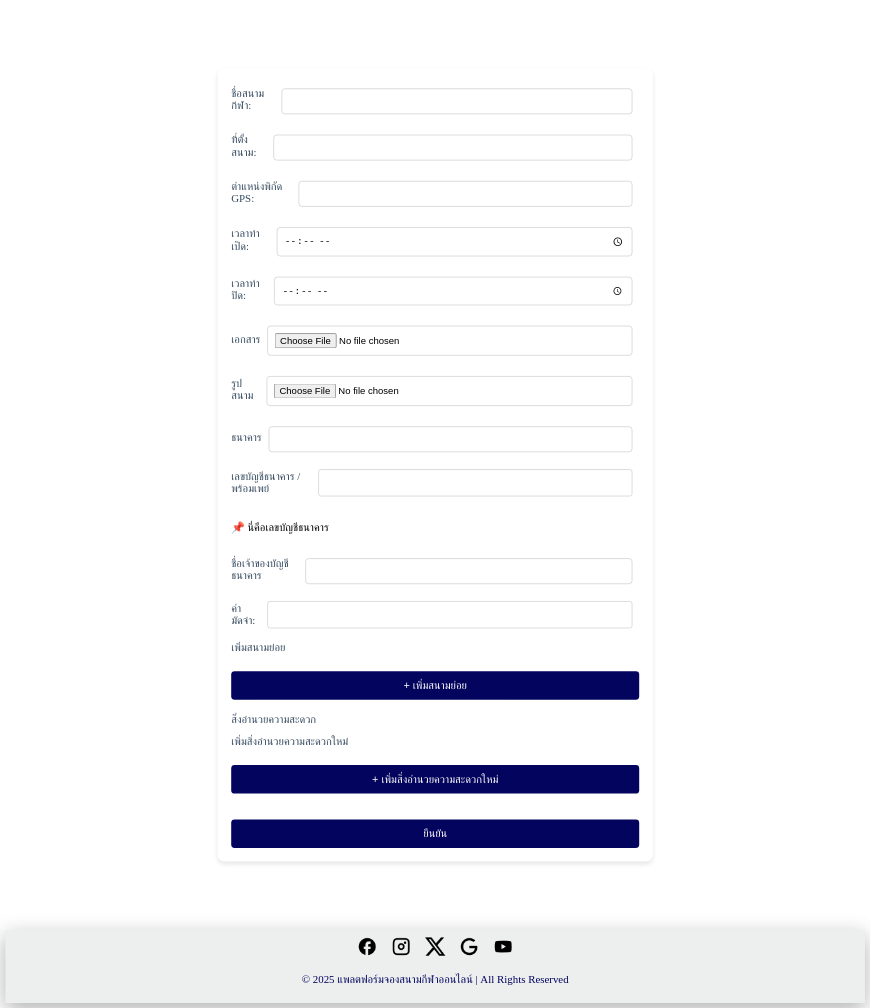
Repository: narawit101/project2
Page: /register-field (app in frontend/)
An editor plug-in stored every save of this project. The page is shown before and after the next save, followed by the edit.
The browser window is 1280 px wide. The pictures show the whole page, at 68% of full size.
The page's requests for data from a server got no answer. The project was rebuilt for these pictures with package versions that can differ from the ones it lists, and the page was loaded fresh each time. The framework's server and built-in components were replaced by stand-ins that run in the browser. No one was signed in, and anything a server would have sent is missing. Also part of the build but not shown: frontend/next.config.js, frontend/next.config.mjs, frontend/src/app/globals.css.

Above is the page before, as saved 2025-03-19 00:02:02.

### frontend/src/app/layout.jsx
import { Kanit } from "next/font/google";
import "./globals.css";
import  Footer from "./components/Footer"

const kanitFont = Kanit({
  variable: "--font-kanit",
  subsets: ["latin", "thai"],
  weight: ["300", "400", "600"],
});

export const metadata = {
  title: "แพลตฟอร์มจองสนามกีฬาออนไลน์",
  description: "Generated by create next app",
  icons: {
    icon:"./favicon.ico"
  }
};

export default function RootLayout({ children }) {
  return (
    <html lang="en">
      <body className={`${kanitFont.variable} antialiased`}>{children}
      <Footer></Footer>
      </body>

    </html>
  );
}

### frontend/src/app/(shared)/register-field/page.jsx
import React from "react";
import RegisterFieldForm from "@/app/components/RegisterFieldForm";

export default function RegisterFieldPage() {
  return (
    <>
    <RegisterFieldForm></RegisterFieldForm>

    </>
  );
}

### frontend/src/app/components/Footer.jsx
import React from "react";
import "../css/footer.css";

export default function Footer() {
  return (
    <div>
      <footer className="footer">
        <div className="social-icons">
          <a href="#">
            <img src="img/fblogo.png" alt="Facebook" />
          </a>
          <a href="#">
            <img src="img/iglogo.png" alt="Instagram" />
          </a>
          <a href="#">
            <img src="img/xlogo.png" alt="Twitter" />
          </a>
          <a href="#">
            <img src="img/gglogo.png" alt="Google" />
          </a>
          <a href="#">
            <img src="img/ytlogo.png" alt="YouTube" />
          </a>
        </div>

        <p className="copyright">
          &copy; 2025 แพลตฟอร์มจองสนามกีฬาออนไลน์ | All Rights Reserved
        </p>
      </footer>
    </div>
  );
}

### frontend/src/app/components/RegisterFieldForm.jsx
"use client";
import React, { useState, useEffect } from "react";
import "../css/registerFieldForm.css";

export default function RegisterFieldForm() {
  const API_URL = "http://localhost:5000";

  const [sports, setSports] = useState([]);
  const [facilities, setFacilities] = useState([]);
  const [selectedFacilities, setSelectedFacilities] = useState({});
  const [subFields, setSubFields] = useState([]);
  const [addOns, setAddons] = useState([]);
  const [newFacility, setNewFacility] = useState("");
  const [showNewFacilityInput, setShowNewFacilityInput] = useState(false);

  const [fieldData, setFieldData] = useState({
    field_name: "",
    address: "",
    gps_location: "",
    documents: null,
    open_hours: "",
    close_hours: "",
    img_field: null,
    preview_img: null,
    number_bank: "",
    account_holder: "",
    price_deposit: "",
    name_bank: "",
    selectedSport: "",
  });

  // 📌 โหลดประเภทกีฬา
  useEffect(() => {
    fetch(`${API_URL}/sports_types`)
      .then((res) => res.json())
      .then((data) => setSports(data))
      .catch((error) => console.error("Error fetching sports:", error));
  }, []);

  // 📌 โหลดสิ่งอำนวยความสะดวก
  useEffect(() => {
    fetch(`${API_URL}/facilities`)
      .then((res) => res.json())
      .then((data) => setFacilities(data))
      .catch((error) => console.error("Error fetching facilities:", error));
  }, []);

  // 📌 อัปเดตค่าช่องกรอกข้อมูลสนาม
  const handleFieldChange = (e) => {
    setFieldData({ ...fieldData, [e.target.name]: e.target.value });
  };

  // 📌 ฟังก์ชันเลือก Checkbox สิ่งอำนวยความสะดวก
  const handleFacilityChange = (facId) => {
    setSelectedFacilities((prev) => {
      const updatedFacilities = { ...prev };
      if (updatedFacilities[facId] !== undefined) {
        delete updatedFacilities[facId];
      } else {
        updatedFacilities[facId] = "";
      }
      return updatedFacilities;
    });
  };

  // 📌 ฟังก์ชันอัปเดตราคาสิ่งอำนวยความสะดวก
  const handleFacilityPriceChange = (facId, price) => {
    setSelectedFacilities((prev) => ({
      ...prev,
      [facId]: price,
    }));
  };

  // 📌 ฟังก์ชันเพิ่มสิ่งอำนวยความสะดวกใหม่
  const addNewFacility = async () => {
    if (!newFacility.trim()) return;

    const res = await fetch(`${API_URL}/facilities/add`, {
      method: "POST",
      headers: { "Content-Type": "application/json" },
      body: JSON.stringify({ fac_name: newFacility }),
    });

    const data = await res.json();
    if (data.error) {
      console.error("Error:", data.error);
      return;
    }

    setFacilities([...facilities, data]);
    setNewFacility("");
    setShowNewFacilityInput(false);
  };

  // ✅ เพิ่มสนามย่อย (มี addOns ในตัวเอง)
  const addSubField = () => {
    // ✅ ดึง user_id จาก localStorage
    const storedUser = localStorage.getItem("user");
    const userData = storedUser ? JSON.parse(storedUser) : null;
    const userId = userData ? userData.user_id : null; // ดึง user_id

    setSubFields([
      ...subFields,
      { name: "", price: "", sport_id: "", user_id: userId, addOns: [] },
    ]);
  };

  // ✅ ลบสนามย่อย (รวมถึง Add-ons ที่อยู่ภายใน)
  const removeSubField = (index) => {
    setSubFields(subFields.filter((_, i) => i !== index));
  };

  // ✅ อัปเดตข้อมูลสนามย่อย
  const updateSubField = (index, key, value) => {
    const updatedSubFields = [...subFields];
    updatedSubFields[index][key] = value;
    setSubFields(updatedSubFields);
  };

  const addAddOn = (subIndex) => {
    const updatedSubFields = [...subFields];
    updatedSubFields[subIndex].addOns.push({ content: "", price: "" });
    setSubFields(updatedSubFields);
  };

  // 📌 อัปเดตค่า Add-on
  const updateAddOn = (subIndex, addOnIndex, key, value) => {
    const updatedSubFields = [...subFields];
    updatedSubFields[subIndex].addOns[addOnIndex][key] = value;
    setSubFields(updatedSubFields);
  };

  // 📌 ลบ Add-on
  const removeAddOn = (subIndex, addOnIndex) => {
    const updatedSubFields = [...subFields];
    updatedSubFields[subIndex].addOns.splice(addOnIndex, 1);
    setSubFields(updatedSubFields);
  };

  // 📌 ฟังก์ชันจัดการอัปโหลดรูป และแสดงตัวอย่าง
  const handleimgChange = (e) => {
    const file = e.target.files[0]; // ดึงไฟล์รูปจาก input
    if (file) {
      setFieldData({
        ...fieldData,
        img_field: file,
        imgPreview: URL.createObjectURL(file), // สร้าง URL เพื่อแสดงรูป
      });
    }
  };

  const handleSubmit = async (e) => {
    e.preventDefault();

    const storedUser = localStorage.getItem("user");
    if (!storedUser) {
      alert("❌ กรุณาเข้าสู่ระบบก่อน!");
      return;
    }

    const userData = JSON.parse(storedUser);
    const userId = userData.user_id; // ✅ ดึง user_id ตอน Submit

    const formData = new FormData();
    formData.append("documents", fieldData.documents);
    formData.append("img_field", fieldData.img_field); // ✅ เพิ่มการส่งรูปภาพ
    formData.append(
      "data",
      JSON.stringify({
        user_id: userId,
        field_name: fieldData.field_name,
        address: fieldData.address,
        gps_location: fieldData.gps_location,
        open_hours: fieldData.open_hours,
        close_hours: fieldData.close_hours,
        number_bank: fieldData.number_bank,
        account_holder: fieldData.account_holder,
        price_deposit: fieldData.price_deposit,
        name_bank: fieldData.name_bank,
        status: fieldData.status || "รอตรวจสอบ", // ✅ เพิ่มค่า Status
        selectedFacilities,
        subFields: subFields,
      })
    );

    try {
      const res = await fetch("http://localhost:5000/field/register", {
        method: "POST",
        body: formData,
      });

      const data = await res.json();
      if (data.error) {
        console.error("❌ Error:", data.error);
        alert("เกิดข้อผิดพลาด: " + data.error);
        return;
      }

      alert("บันทึกข้อมูลสนามเรียบร้อย! รูปภาพถูกอัปโหลดที่: " + data.img_path);
    } catch (error) {
      console.error("❌ Fetch Error:", error);
      alert("เกิดข้อผิดพลาดในการส่งข้อมูล");
    }
  };

  return (
    <div className="contianer">
      <form onSubmit={handleSubmit} encType="multipart/form-data">
        <div className="input-group">
          {" "}
          <label>ชื่อสนามกีฬา:</label>
          <input
            type="text"
            name="field_name"
            value={fieldData.field_name}
            onChange={handleFieldChange}
          />
        </div>
        <div className="input-group">
          <label>ที่ตั้งสนาม:</label>
          <input
            type="text"
            name="address"
            value={fieldData.address}
            onChange={handleFieldChange}
          />
        </div>
        <div className="input-group">
          <label>ตำแหน่งพิกัด GPS:</label>
          <input
            type="text"
            name="gps_location"
            value={fieldData.gps_location}
            onChange={handleFieldChange}
          />
        </div>
        <div className="input-group">
          <label>เวลาทำเปิด:</label>
          <input
            type="time"
            name="open_hours"
            value={fieldData.open_hours}
            onChange={handleFieldChange}
          />
        </div>
        <div className="input-group">
          <label>เวลาทำปิด:</label>
          <input
            type="time"
            name="close_hours"
            value={fieldData.close_hours}
            onChange={handleFieldChange}
          />
        </div>
        <div className="input-group">
          <label htmlFor="documents">เอกสาร</label>
          <input
            type="file"
            onChange={(e) =>
              setFieldData({ ...fieldData, documents: e.target.files[0] })
            }
          />
        </div>
        <div className="input-group">
          <label htmlFor="img_field">รูปสนาม</label>

          <input type="file" onChange={handleimgChange} accept="image/*" />
        </div>
        {/* ✅ แสดงรูปตัวอย่างถ้ามีการอัปโหลด */}
        {fieldData.imgPreview && (
          <div>
            <p>ตัวอย่างรูป:</p>
            <img
              src={fieldData.imgPreview}
              alt="Preview"
              style={{ width: "200px", height: "auto", marginTop: "10px" }}
            />
          </div>
        )}
        <div className="input-group">
          <label htmlFor="bank">ธนาคาร</label>
          <input
            type="text"
            name="name_bank"
            value={fieldData.name_bank}
            onChange={handleFieldChange}
          />
        </div>
        <div className="input-group">
          <label htmlFor="bank">เลขบัญชีธนาคาร / พร้อมเพย์</label>
          <input
            type="number"
            name="number_bank"
            value={fieldData.number_bank}
            onChange={(e) => {
              const value = e.target.value;

              // ✅ อนุญาตเฉพาะตัวเลข
              if (/^\d*$/.test(value)) {
                setFieldData({ ...fieldData, number_bank: value });
              }
            }}
            onBlur={() => {
              const isPromptPay = fieldData.name_bank === "พร้อมเพย์";
              const length = fieldData.number_bank.length;

              // ✅ ตรวจสอบความถูกต้องของเลขที่กรอก
              if (
                (!isPromptPay && length !== 12) || // ✅ ถ้าเป็นบัญชีธนาคารต้อง 12 หลัก
                (isPromptPay && length !== 10 && length !== 13) // ✅ ถ้าเป็นพร้อมเพย์ต้อง 10 หรือ 13 หลัก
              ) {
                alert("เลขที่กรอกไม่ถูกต้อง กรุณากรอกให้ตรงกับเงื่อนไข");
                setFieldData({ ...fieldData, number_bank: "" }); // ❌ เคลียร์ค่า
              }
            }}
            maxLength={13} // ✅ จำกัดสูงสุดที่ 13 หลัก
          />
        </div>
        <div className="input-group">
          <p>
            📌{" "}
            {fieldData.name_bank === "พร้อมเพย์"
              ? "นี่คือหมายเลขพร้อมเพย์"
              : "นี่คือเลขบัญชีธนาคาร"}
          </p>
        </div>
        <div className="input-group">
          <label htmlFor="bank">ชื่อเจ้าของบัญชีธนาคาร</label>
          <input
            type="text"
            name="account_holder"
            value={fieldData.account_holder}
            onChange={handleFieldChange}
          />
        </div>
        <div className="input-group">
          <label>ค่ามัดจำ:</label>
          <input
            type="number"
            name="price_deposit"
            value={fieldData.price_deposit}
            onChange={handleFieldChange}
          />
        </div>
        <div className="input-group">
          <label>เพิ่มสนามย่อย</label>
        </div>
        {subFields.map((sub, subIndex) => (
          <div
            key={subIndex}
            style={{
              border: "1px solid #ccc",
              padding: "10px",
              marginBottom: "10px",
            }}
          >
            {/* ✅ Input กรอกชื่อสนามย่อย */}
            <div className="input-group">
              <input
                type="text"
                placeholder="ชื่อสนามย่อย"
                value={sub.name}
                onChange={(e) =>
                  updateSubField(subIndex, "name", e.target.value)
                }
              />
            </div>
            {/* ✅ Input กรอกราคา */}
            <div className="input-group">
              <input
                type="number"
                placeholder="ราคา"
                value={sub.price}
                onChange={(e) =>
                  updateSubField(subIndex, "price", e.target.value)
                }
              />
            </div>

            {/* ✅ Dropdown เลือกประเภทกีฬา */}
            <div className="input-group">
              <select
                value={sub.sport_id}
                onChange={(e) =>
                  updateSubField(subIndex, "sport_id", e.target.value)
                }
              >
                <option value="">เลือกประเภทกีฬา</option>
                {sports.map((sport) => (
                  <option key={sport.sport_id} value={sport.sport_id}>
                    {sport.sport_name}
                  </option>
                ))}
              </select>
            </div>

            {/* ✅ ปุ่มเพิ่มกิจกรรมเพิ่มเติม (เฉพาะสนามนี้) */}
            <button
              className="addbtn"
              type="button"
              onClick={() => addAddOn(subIndex)}
            >
              เพิ่มกิจกรรมเพิ่มเติม
            </button>

            {/* ✅ ปุ่มลบสนามย่อย */}
            <button
              className="delbtn"
              type="button"
              onClick={() => removeSubField(subIndex)}
            >
              ลบสนามย่อย
            </button>

            {/* ✅ แสดงรายการกิจกรรมเพิ่มเติมที่อยู่ในสนามนี้ */}
            {sub.addOns.map((addon, addOnIndex) => (
              <div
                key={addOnIndex}
                style={{ marginLeft: "20px", marginTop: "5px" }}
              >
                {/* ✅ Input กรอกชื่อกิจกรรม */}
                <div className="input-group">
                  <input
                    type="text"
                    placeholder="ชื่อกิจกรรม"
                    value={addon.content}
                    onChange={(e) =>
                      updateAddOn(
                        subIndex,
                        addOnIndex,
                        "content",
                        e.target.value
                      )
                    }
                  />
                </div>
                {/* ✅ Input กรอกราคา */}
                <div className="input-group">
                  <input
                    type="number"
                    placeholder="ราคา"
                    value={addon.price}
                    onChange={(e) =>
                      updateAddOn(subIndex, addOnIndex, "price", e.target.value)
                    }
                  />
                </div>

                {/* ✅ ปุ่มลบกิจกรรมเพิ่มเติม */}
                <button
                  className="delevn"
                  type="button"
                  onClick={() => removeAddOn(subIndex, addOnIndex)}
                >
                  ลบกิจกรรมเพิ่มเติม
                </button>
              </div>
            ))}
          </div>
        ))}

        {/* ✅ ปุ่มเพิ่มสนามย่อย */}

        <button className="addsubfield" type="button" onClick={addSubField}>
          + เพิ่มสนามย่อย
        </button>
        <div className="input-group">
          <label>สิ่งอำนวยความสะดวก</label>
        </div>
        {facilities.map((fac) => (
          <div key={fac.fac_id} className="facility-item">
            {/* Checkbox เลือกสิ่งอำนวยความสะดวก */}
            <div className="input-group">
              <input
                type="checkbox"
                checked={selectedFacilities[fac.fac_id] !== undefined}
                onChange={() => handleFacilityChange(fac.fac_id)}
              />
              <label>{fac.fac_name}</label>
            </div>

            {/* ป้อนราคาเมื่อเลือกสิ่งอำนวยความสะดวก */}
            {selectedFacilities[fac.fac_id] !== undefined && (
              <div className="input-group">
                <input
                  type="number"
                  placeholder="กำหนดราคา"
                  value={selectedFacilities[fac.fac_id]}
                  onChange={(e) =>
                    handleFacilityPriceChange(fac.fac_id, e.target.value)
                  }
                />
              </div>
            )}
          </div>
        ))}

        <div className="input-group">
          <label>เพิ่มสิ่งอำนวยความสะดวกใหม่</label>
        </div>
        {!showNewFacilityInput ? (
          <button
            className="addfac"
            type="button"
            onClick={() => setShowNewFacilityInput(true)}
          >
            + เพิ่มสิ่งอำนวยความสะดวกใหม่
          </button>
        ) : (
          <div>
            <input
              type="text"
              placeholder="ชื่อสิ่งอำนวยความสะดวก"
              value={newFacility}
              onChange={(e) => setNewFacility(e.target.value)}
            />
            <button className="savebtn" type="button" onClick={addNewFacility}>
              บันทึก
            </button>
            <button
              className="canbtn"
              type="button"
              onClick={() => setShowNewFacilityInput(false)}
            >
              ยกเลิก
            </button>
          </div>
        )}

        <br />
        <button type="submit">ยืนยัน</button>
      </form>
    </div>
  );
}

### frontend/src/app/css/footer.css
:root {
  --text-color: #03045e;
}
.footer {
  background: #edefef;
  padding: 10px 0;
  text-align: center;
  color: var(--text-color);
  position: relative;
  box-shadow: 0px 10px 30px rgba(0, 0, 0, 0.3);
}

.social-icons {
  display: flex;
  justify-content: center;
  gap: 20px;
  margin-bottom: 20px;
}

.social-icons a img {
  width: 30px;
  height: 30px;
  transition: transform 0.3s ease-in-out;
}

.social-icons a:hover img {
  transform: scale(1.1);
  filter: brightness(1.2);
}

.copyright {
  font-size: 16px;
}

### frontend/src/app/css/registerFieldForm.css
:root {
  --text-color: #03045e;
}

.contianer {
  width: 100%;
  max-width: 600px;
  margin: 100px auto;
  padding: 20px;
  background: #ffffff;
  box-shadow: 0 4px 8px rgba(0, 0, 0, 0.1);
  border-radius: 10px;
  text-align: left;
}
form {
  display: flex;
  flex-direction: column;
}

.input-group {
  margin-bottom: 25px;
  text-align: left;
}
.facility-item {
    display: flex;
    flex-direction: column;
    margin-bottom: 15px;
  }

  /* การจัดตำแหน่ง checkbox กับชื่อสิ่งอำนวยความสะดวก */
  .input-group {
    display: flex;
    align-items: center;
    margin-bottom: 10px;
  }

  .input-group input[type="checkbox"] {
    margin-right: 10px; /* เพิ่มช่องว่างระหว่าง checkbox กับ label */
    width: 20px;
    height: 20px;
    accent-color: #3498db; /* เปลี่ยนสีของ checkbox เมื่อเลือก */
    cursor: pointer;
  }

  .input-group label {
    font-size: 16px;
    color: #34495e;
    font-weight: 500;
    cursor: pointer;
  }

  /* ข้อความเมื่อเลือก checkbox */
  .input-group input[type="checkbox"]:checked + label {
    color: #2980b9; /* เปลี่ยนสีข้อความเมื่อเลือก checkbox */
  }

  /* ป้อนราคา */
  .input-group input[type="number"] {
    width: 100%;
    padding: 10px;
    border: 1px solid #ccc;
    border-radius: 4px;
    font-size: 16px;
    margin-top: 5px;
  }

  .input-group input[type="number"]:focus {
    border-color: #3498db;
    outline: none;
  }

  /* Hover effect สำหรับ label */
  .input-group label:hover {
    color: #3498db;
  }


label {
  font-size: 20px;
  font-weight: 600;
  color: var(--text-color);
  display: block;
  margin-bottom: 5px;
}

input {
  margin: 10px;
  width: 100%;
  padding: 10px;
  border: 1px solid #ccc;
  border-radius: 5px;
  font-size: 14px;
  transition: 0.3s;
}

input:focus {
  border-color: var(--text-color);
  box-shadow: 0 0 5px rgba(3, 4, 94, 0.5);
  outline: none;
}
.addbtn {
  margin: 0px 0px 10px 0px;
}
.delbtn {
  margin: 0px 0px 10px 10px;
}
.delevn {
  margin: 0px 0px 10px 0px;
}
.addsubfield {
  margin: 10px 0px 20px 0px;
}
.addfac {
  margin: 10px 0px 20px 0px;
}
.savebtn {
  margin: 10px 0px 20px 0px;
}
.canbtn {
  margin: 10px 0px 20px 10px;
}
button {
  background: var(--text-color);
  color: white;
  border: none;
  padding: 12px;
  font-size: 16px;
  cursor: pointer;
  border-radius: 5px;
  transition: 0.3s;
}

button:hover {
  background: #02226c;
}

### frontend/tailwind.config.mjs
/** @type {import('tailwindcss').Config} */
export default {
  content: [
    "./src/pages/**/*.{js,ts,jsx,tsx,mdx}",
    "./src/components/**/*.{js,ts,jsx,tsx,mdx}",
    "./src/app/**/*.{js,ts,jsx,tsx,mdx}",
  ],
  theme: {
    extend: {
      colors: {
        background: "var(--background)",
        foreground: "var(--foreground)",
      },
    },
  },
  plugins: [],
};

After the next save:
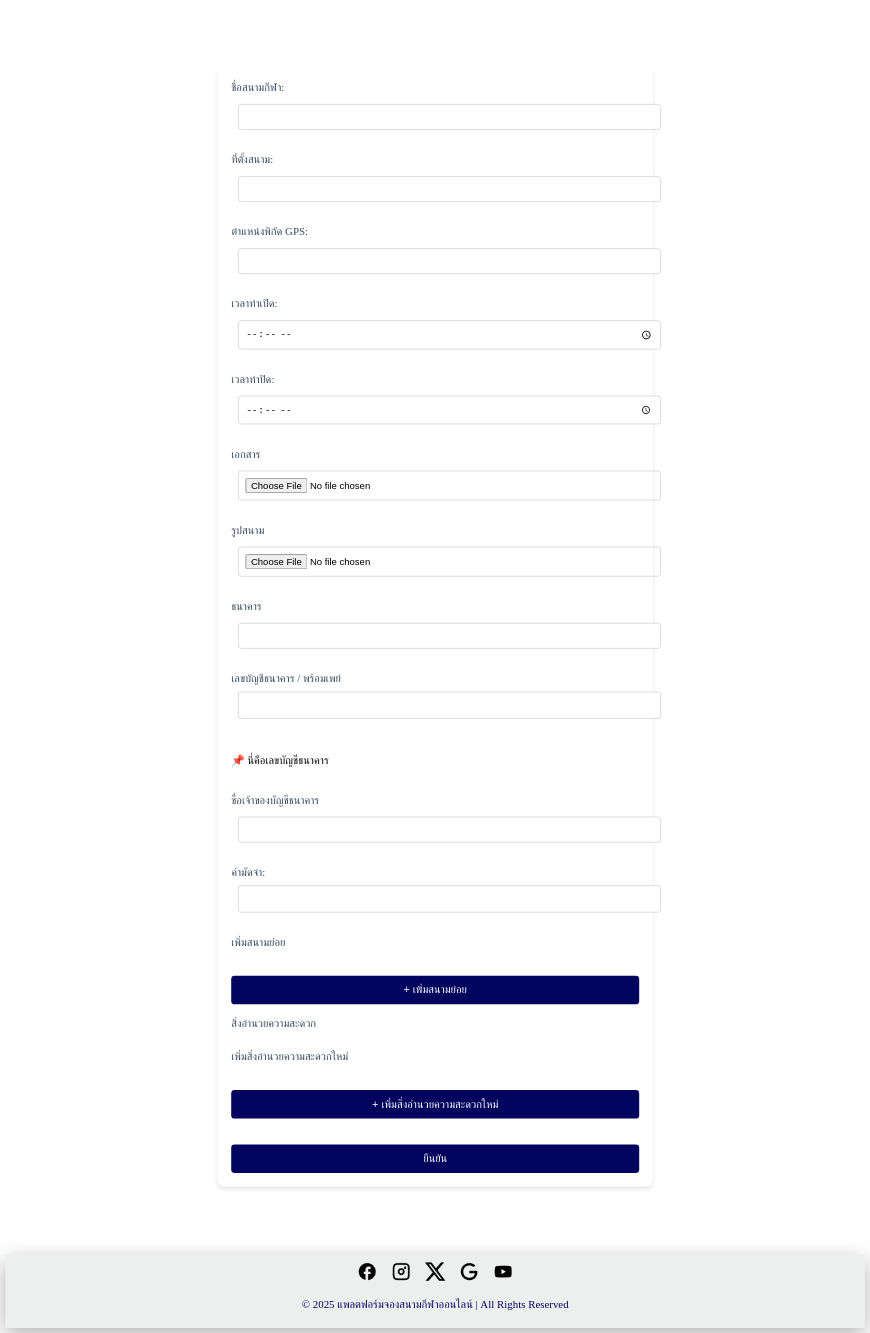
Saved 11 s later.
--- a/frontend/src/app/css/registerFieldForm.css
+++ b/frontend/src/app/css/registerFieldForm.css
@@ -28,11 +28,7 @@ form {
   }
 
   /* การจัดตำแหน่ง checkbox กับชื่อสิ่งอำนวยความสะดวก */
-  .input-group {
-    display: flex;
-    align-items: center;
-    margin-bottom: 10px;
-  }
+
 
   .input-group input[type="checkbox"] {
     margin-right: 10px; /* เพิ่มช่องว่างระหว่าง checkbox กับ label */
